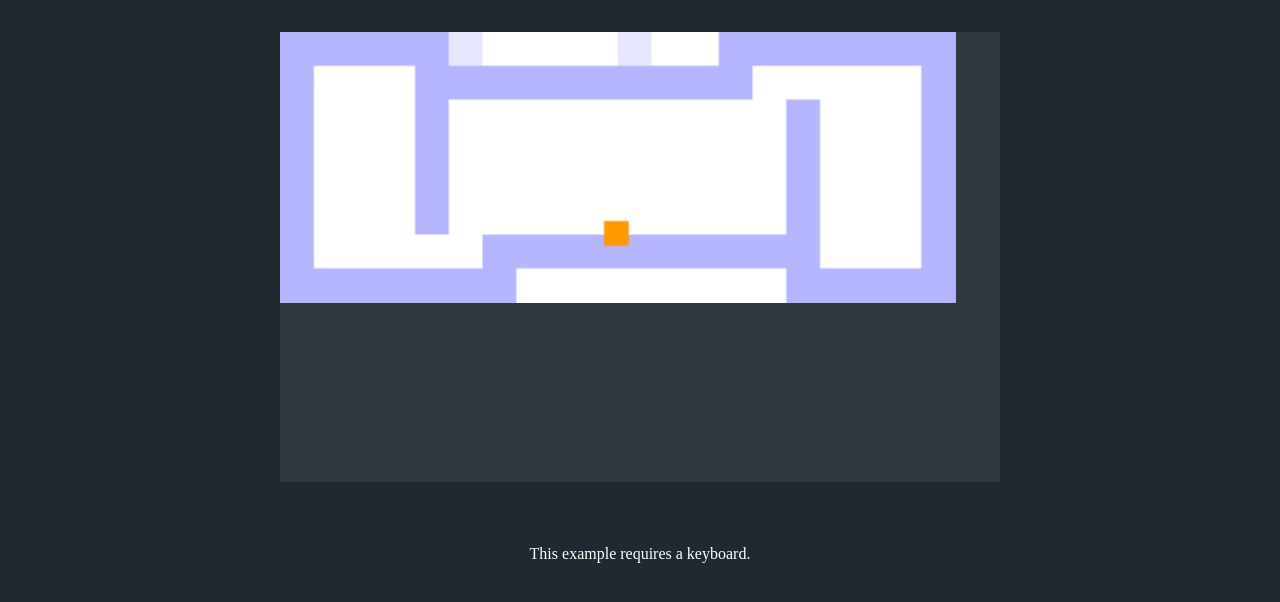
Repository: jh0l/WorldsHardestGame
Page: index.html
The author's editor kept a copy of each file at every save. The page is drawn from the files as they stood at one save, then again after the next save.
The browser window is 1280 px wide. The pictures show the whole page.

Above is the page before, as saved 2018-07-19 01:07:15.

After the next save:
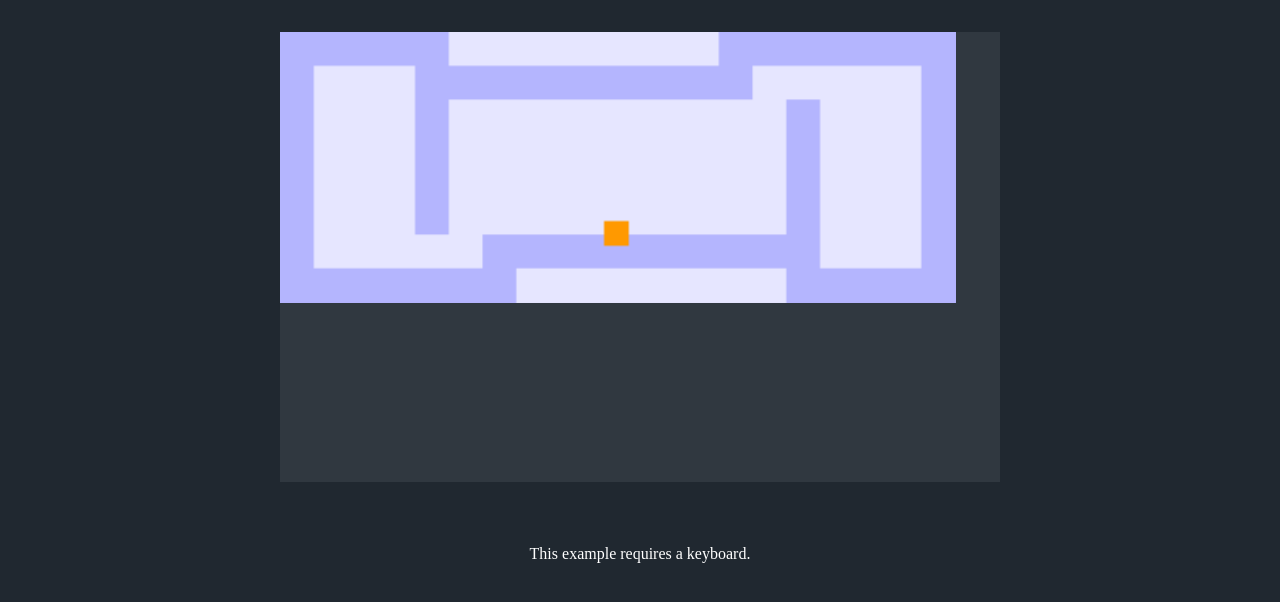
Saved 6 s later.
--- a/src/index.js
+++ b/src/index.js
@@ -30,7 +30,7 @@
   };
   const tileValColor = (val, index) => {
     if (val === '0') {
-      return ( game.world.columns / index) % 2 === 0 ? "#e6e6ff": "#fff";
+      return ( game.world.columns) % 2 === 0 ? "#e6e6ff": "#fff";
     }
     return "#b4b5fe" ;
   };

After the save that followed:
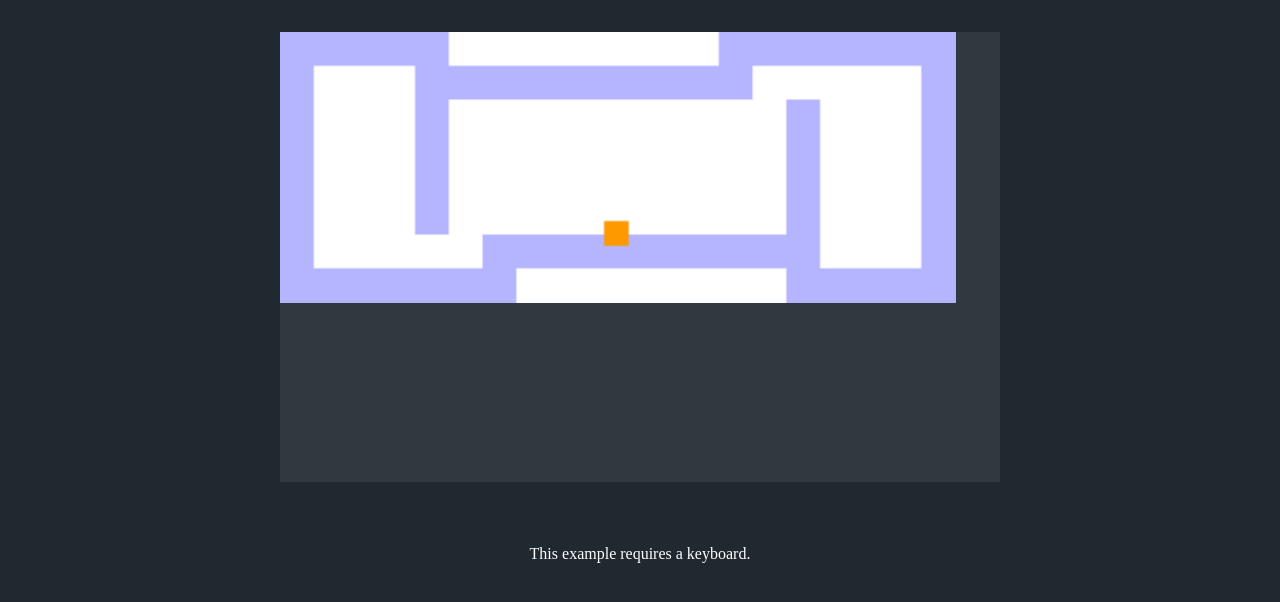
Saved 5 s later.
--- a/src/index.js
+++ b/src/index.js
@@ -30,7 +30,7 @@
   };
   const tileValColor = (val, index) => {
     if (val === '0') {
-      return ( game.world.columns) % 2 === 0 ? "#e6e6ff": "#fff";
+      return (index / game.world.columns) % 2 === 0 ? "#e6e6ff": "#fff";
     }
     return "#b4b5fe" ;
   };
